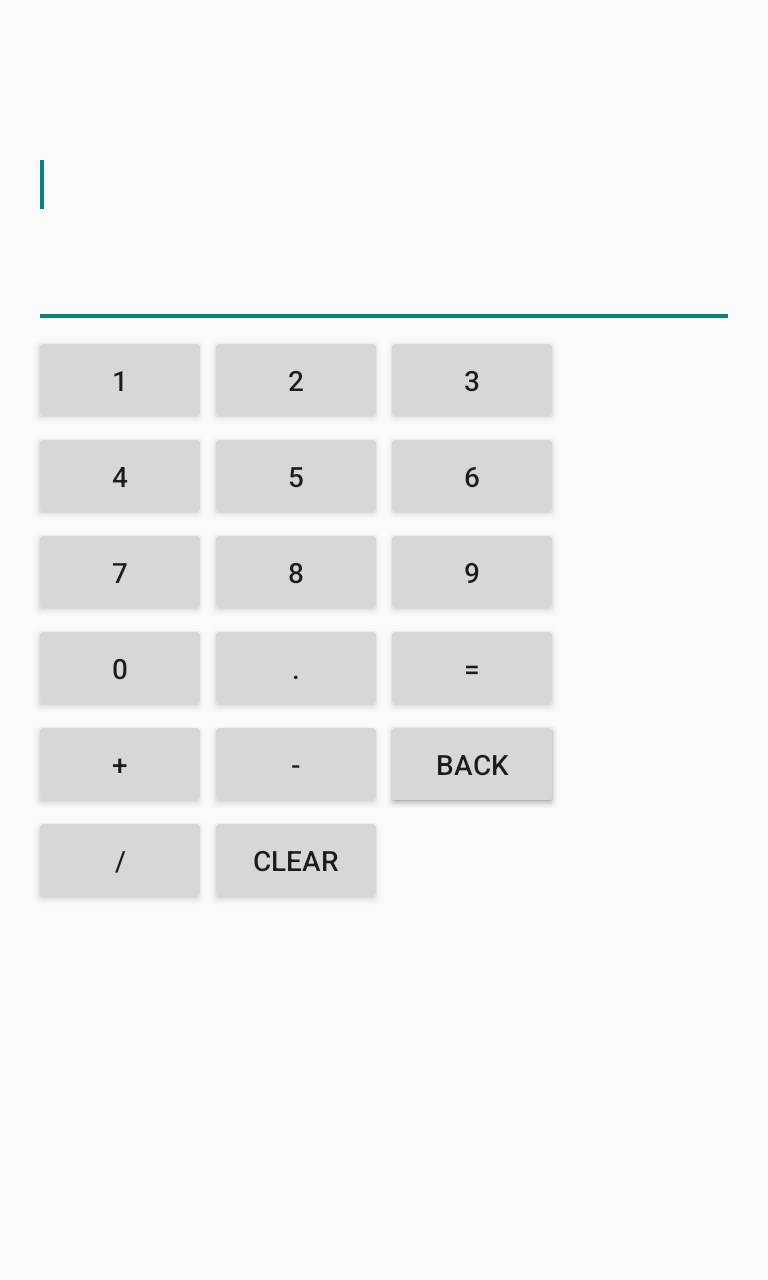
Repository: toa5/CS-399-Project-1
Layout: Calculator/res/layout/activity_calculator.xml
The author's editor kept a copy of each file at every save. The layout is drawn from the files as they stood at one save, then again after the next save.
It is drawn on a 768 x 1280 px phone screen (xhdpi) without system bars, with theme AppTheme; the app's code is not run.

Above is the layout before, as saved 2015-09-27 08:16:06.

### Calculator/res/layout/activity_calculator.xml
<RelativeLayout xmlns:android="http://schemas.android.com/apk/res/android"
    xmlns:tools="http://schemas.android.com/tools"
    xmlns:android1="http://schemas.android.com/apk/res/android"
    android:layout_width="match_parent"
    android:layout_height="match_parent"
    android:paddingBottom="@dimen/activity_vertical_margin"
    android:paddingLeft="@dimen/activity_horizontal_margin"
    android:paddingRight="@dimen/activity_horizontal_margin"
    android:paddingTop="@dimen/activity_vertical_margin"
    tools:context="com.cs399.calculator.CalculatorActivity" >

    <EditText
        android1:id="@+id/textBox"
        android1:layout_width="wrap_content"
        android1:layout_height="wrap_content"
        android1:layout_alignParentEnd="true"
        android1:layout_alignParentLeft="true"
        android1:layout_alignParentRight="true"
        android1:layout_alignParentStart="true"
        android1:layout_alignParentTop="true"
        android1:clickable="false"
        android1:ems="10"
        android1:inputType="text"
        android1:minHeight="150dp" >

        <requestFocus />
    </EditText>

    <Button android1:id="@+id/button1"
        android1:layout_width="wrap_content"
        android1:layout_height="wrap_content"
        android1:layout_alignLeft="@+id/textBox"
        android1:layout_alignStart="@+id/textBox"
        android1:layout_below="@+id/textBox"
        android1:text="@string/num_1" />

    <Button
        android1:id="@+id/button2"
        android1:layout_width="wrap_content"
        android1:layout_height="wrap_content"
        android1:layout_alignBottom="@+id/button1"
        android1:layout_toEndOf="@+id/button1"
        android1:layout_toRightOf="@+id/button1"
        android1:text="@string/num_2" />

    <Button
        android1:id="@+id/button3"
        android1:layout_width="wrap_content"
        android1:layout_height="wrap_content"
        android1:layout_alignTop="@+id/button2"
        android1:layout_toRightOf="@+id/button2"
        android1:layout_toEndOf="@+id/button2"
        android1:text="@string/num_3" />

    <Button
        android1:id="@+id/button4"
        android1:layout_width="wrap_content"
        android1:layout_height="wrap_content"
        android1:layout_alignStart="@+id/button1"
        android1:layout_alignLeft="@+id/button1"
        android1:layout_below="@+id/button1"
        android1:text="@string/num_4" />

    <Button
        android1:id="@+id/button5"
        android1:layout_width="wrap_content"
        android1:layout_height="wrap_content"
        android1:layout_toRightOf="@+id/button4"
        android1:layout_toEndOf="@+id/button4"
        android1:layout_below="@+id/button2"
        android1:text="@string/num_5" />

    <Button
        android1:id="@+id/button6"
        android1:layout_width="wrap_content"
        android1:layout_height="wrap_content"
        android1:layout_toRightOf="@+id/button5"
        android1:layout_toEndOf="@+id/button5"
        android1:layout_below="@id/button3"
        android1:text="@string/num_6" />

    <Button
        android1:id="@+id/button7"
        android1:layout_width="wrap_content"
        android1:layout_height="wrap_content"
        android1:layout_alignStart="@+id/button1"
        android1:layout_alignLeft="@+id/button1"
        android1:layout_below="@+id/button4"
        android1:text="@string/num_7" />

    <Button
        android1:id="@+id/button8"
        android1:layout_width="wrap_content"
        android1:layout_height="wrap_content"
        android1:layout_below="@+id/button5"
        android1:layout_toRightOf="@+id/button4"
        android1:layout_toEndOf="@+id/button4"
        android1:text="@string/num_8" />

    <Button
        android1:id="@+id/button9"
        android1:layout_width="wrap_content"
        android1:layout_height="wrap_content"
        android1:layout_toRightOf="@+id/button8"
        android1:layout_toEndOf="@+id/button8"
        android1:layout_below="@+id/button6"
        android1:text="@string/num_9" />

    <Button android1:id="@+id/button0"
        android1:layout_width="wrap_content"
		android1:layout_height="wrap_content"
		android1:layout_below="@+id/button7"
		android1:layout_alignLeft="@+id/textBox"
        android1:layout_alignStart="@+id/textBox"
		android1:text="@string/num_0" />

    <Button android1:id="@+id/buttonDecimal"
        android1:layout_width="wrap_content"
        android1:layout_height="wrap_content"
        android1:layout_below="@+id/button8"
        android1:layout_toRightOf="@+id/button0"
        android1:layout_toEndOf="@+id/button0"
        android1:text="@string/decimal" />

    <Button
        android1:id="@+id/buttonEqual"
        android1:layout_width="wrap_content"
        android1:layout_height="wrap_content"
        android1:layout_below="@+id/button9"
        android1:layout_toRightOf="@+id/buttonDecimal"
        android1:layout_toEndOf="@+id/buttonDecimal"
        android1:text="@string/equals" />

    <Button android1:id="@+id/buttonPlus"
        android1:layout_width="wrap_content"
        android1:layout_height="wrap_content"
        android1:layout_below="@+id/button0"
        android1:layout_alignLeft="@+id/textBox"
        android1:layout_alignStart="@+id/textBox"
        android1:text="@string/plus" />

	<Button android1:id="@+id/buttonMinus"
	    android1:layout_width="wrap_content"
	    android1:layout_height="wrap_content"
	    android1:layout_toEndOf="@+id/buttonPlus"
	    android1:layout_toRightOf="@+id/buttonPlus"
	    android1:layout_below="@+id/buttonDecimal"
	    android1:text="@string/minus" />

	<Button
        android1:id="@+id/buttonMultiply"
        android1:layout_width="wrap_content"
        android1:layout_height="wrap_content"
        android1:layout_toRightOf="@+id/buttonMinus"
        android1:layout_toEndOf="@+id/buttonMinus"
        android1:layout_below="@+id/buttonEqual"
        android1:text="@string/multiply" />

    <Button android1:id="@+id/buttonDivide"
        android1:layout_width="wrap_content"
        android1:layout_height="wrap_content"
        android1:layout_below="@+id/buttonPlus"
       	android1:layout_alignLeft="@+id/textBox"
        android1:layout_alignStart="@+id/textBox"
        android1:text="@string/divide" />

    <Button
        android1:id="@+id/buttonClear"
        android1:layout_width="wrap_content"
        android1:layout_height="wrap_content"
        android1:layout_below="@+id/buttonMinus"
        android1:layout_toRightOf="@+id/buttonDivide"
        android1:layout_toEndOf="@+id/buttonDivide"
        android1:text="@string/clear" />

    <Button
        android1:id="@+id/buttonBack"
        android1:layout_width="wrap_content"
        android1:layout_height="wrap_content"
        android1:layout_below="@+id/buttonEqual"
        android1:layout_toRightOf="@+id/buttonClear"
        android1:layout_toEndOf="@+id/buttonClear"
        android1:text="@string/back" />

</RelativeLayout>

### Calculator/res/values/strings.xml
<?xml version="1.0" encoding="utf-8"?>
<resources>

    <string name="app_name">Calculator</string>
    <string name="action_settings">Settings</string>
    <string name="num_1">1</string>
    <string name="num_2">2</string>
    <string name="num_3">3</string>
    <string name="num_4">4</string>
    <string name="num_5">5</string>
    <string name="num_6">6</string>
	<string name="num_7">7</string>
	<string name="num_8">8</string>
	<string name="num_9">9</string>
	<string name="num_0">0</string>
	<string name="plus">+</string>
	<string name="minus">-</string>
	<string name="multiply">*</string>
	<string name="divide">/</string>
	<string name="clear">Clear</string>
	<string name="equals">=</string>
	<string name="back">Back</string>
	<string name="decimal">.</string>

</resources>

Loaded but not shown: Calculator/res/values/styles.xml (common file); Calculator/res/values-v11/styles.xml (common file); Calculator/res/values-v14/styles.xml (common file); Calculator/res/values/dimens.xml (common file); Calculator/res/values-w820dp/dimens.xml (common file)

After the next save:
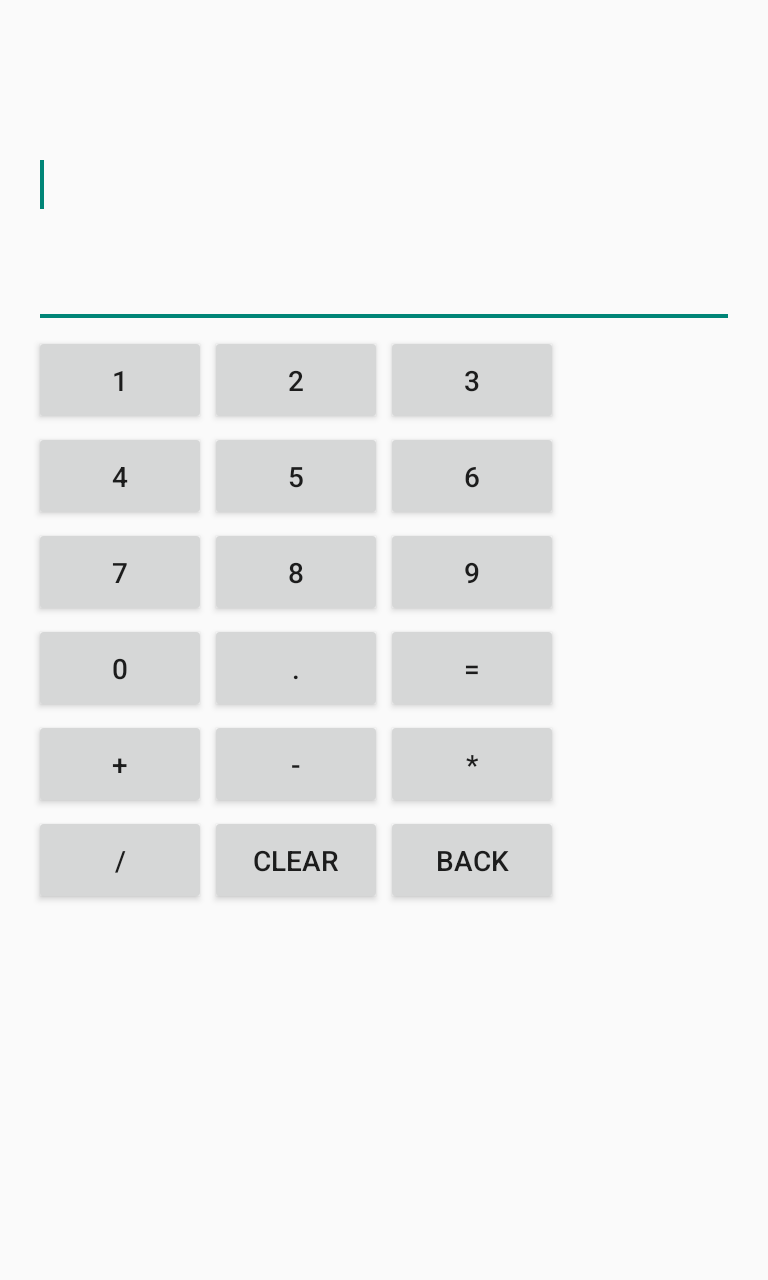
Saved 12 s later.
--- a/Calculator/res/layout/activity_calculator.xml
+++ b/Calculator/res/layout/activity_calculator.xml
@@ -177,7 +177,7 @@
         android1:id="@+id/buttonBack"
         android1:layout_width="wrap_content"
         android1:layout_height="wrap_content"
-        android1:layout_below="@+id/buttonEqual"
+        android1:layout_below="@+id/buttonMultiply"
         android1:layout_toRightOf="@+id/buttonClear"
         android1:layout_toEndOf="@+id/buttonClear"
         android1:text="@string/back" />
